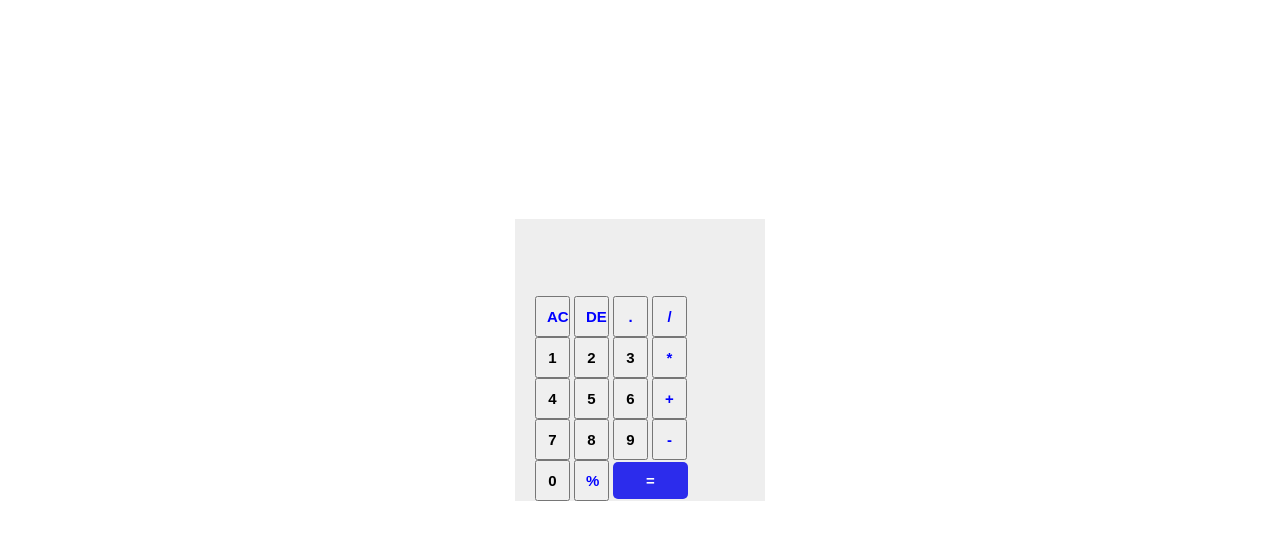
Repository: jerrys-arch/web-calculator
Page: index.html
An editor plug-in stored every save of this project. The page is shown before and after the next save, followed by the edit.
The browser window is 1280 px wide. The pictures show the whole page.

Above is the page before, as saved 2024-11-30 05:59:03.

### index.html
<!DOCTYPE html>
<html lang="en">
<head>
    <meta charset="UTF-8">
    <meta name="viewport" content="width=device-width, initial-scale=1.0">
    <title>calculator</title>
    <link rel="stylesheet" href="styles.css">
</head>
<body>
    <div class="container">
        <div class="calculator">
            <form>
            <div class="display">
                <input id="display" type="text" disabled>
            </div>
            <div class="btn">
                <input type="button" value="AC" class="operator" onclick="clearDisplay()">
                <input type="button" value="DE" class="operator" onclick="deleteLast()">
                <input type="button" value="." class="operator" onclick="appendToDisplay('.')">
                <input type="button" value="/" class="operator" onclick="appendToDisplay('/')">
            </div>
            <div class="btn">
                <input type="button" value="1" onclick="appendToDisplay('1')">
                <input type="button" value="2" onclick="appendToDisplay('2')">
                <input type="button" value="3" onclick="appendToDisplay('3')">
                <input type="button" value="*" class="operator" onclick="appendToDisplay('*')">
            </div>
            <div>
                <input type="button" value="4" onclick="appendToDisplay('4')">
                <input type="button" value="5" onclick="appendToDisplay('5')">
                <input type="button" value="6" onclick="appendToDisplay('6')">
                <input type="button" value="+" class="operator" onclick="appendToDisplay('+')">
            </div>
            <div class="btn">
                <input type="button" value="7" onclick="appendToDisplay('7')" >
                <input type="button" value="8" onclick="appendToDisplay('8')">
                <input type="button" value="9" onclick="appendToDisplay('9')">
                <input type="button" value="-" class="operator" onclick="appendToDisplay('-')">
            </div>
            <div class="btn">
                <input type="button" value="0" onclick="appendToDisplay('0')">
                <input type="button" value="%" class="operator" onclick="calculatePercent()">
                <input type="button" value="=" id="equal" onclick="calculateResult()">
            </div>
        </form>
        </div>
    </div>
    <script src="script.js"></script>
</body>
</html>

### styles.css
*{
    margin:0;
    padding:0;
    box-sizing: border-box;
}

.container{
    display:flex;
    align-items: center;
    justify-content: center;
    height:100vh;
}
.calculator{
    align-items: center;
    padding-left:20px;
    width:250px;
    background: #eee;
}
.calculator form input{
    width:35px;
    padding: 10px;*/
    border:none;
    font-size: 15px;
    font-weight: bold;
}
.calculator form .display{
   padding: 20px;

}
.calculator form #display{
   width:100%;
   border:none;
   background: transparent;
   text-align: right;
}
.calculator form #equal{
    width:75px;
    background: rgb(44, 44, 236);
    border:none;
   color:white;
   border-radius: 5px;
}
.operator{
    color:blue;
}

### script.js

const display = document.getElementById("display");
function appendToDisplay(value){
    display.value +=value;
}
function calculateResult(value){
    display.value=eval(display.value);
}
function clearDisplay(){
    display.value='';
}
function deleteLast(){
    display.value=display.value.slice(0,-1);
}
function calculatePercent(value){
   display.value=display.value/100;
}

After the next save:
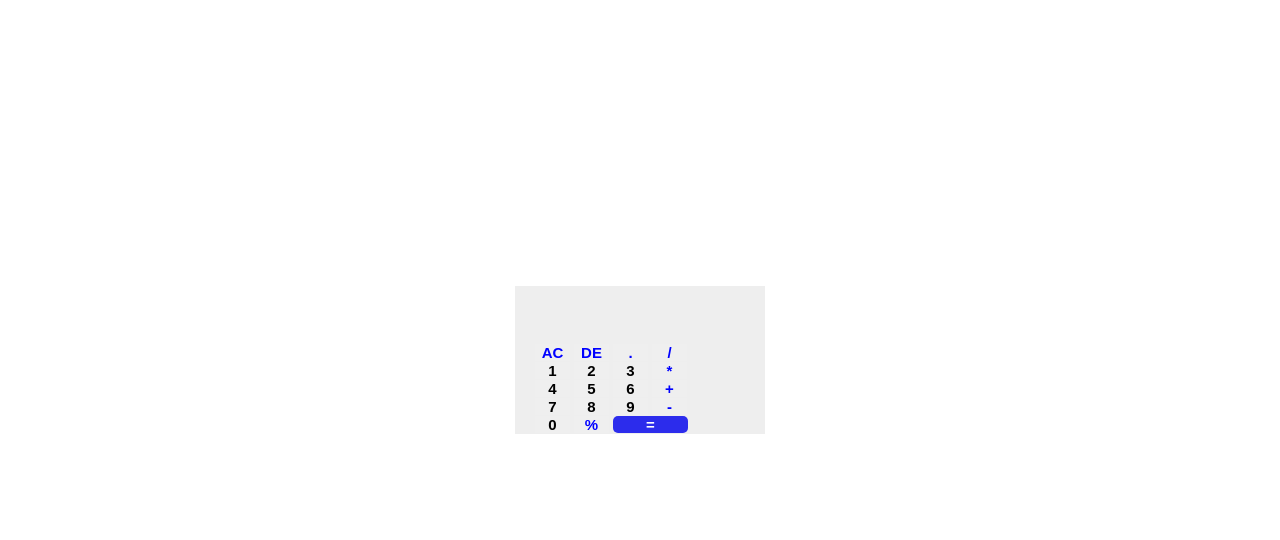
Saved 4 s later.
--- a/styles.css
+++ b/styles.css
@@ -18,7 +18,7 @@
 }
 .calculator form input{
     width:35px;
-    padding: 10px;*/
+   /* padding: 10px;*/
     border:none;
     font-size: 15px;
     font-weight: bold;
